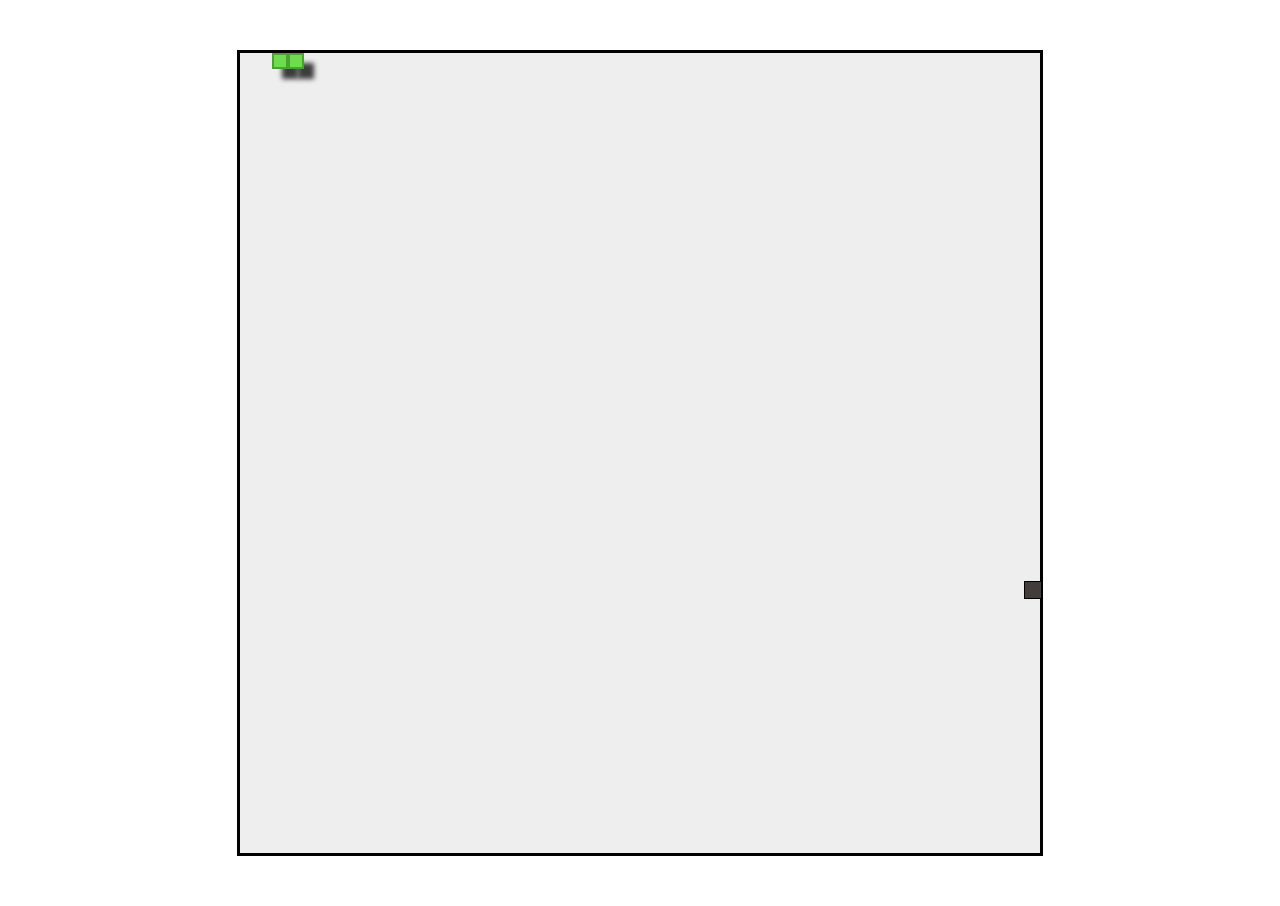
Repository: Krashgul/React_Snake_Game
Page: /
The author's editor kept a copy of each file at every save. The page is drawn from the files as they stood at one save, then again after the next save.
The browser window is 1280 px wide. The pictures show the whole page.
The project was rebuilt for these pictures with package versions that can differ from the ones it lists, and the page was loaded fresh each time.

Above is the page before, as saved 2021-03-02 00:34:24.

After the next save:
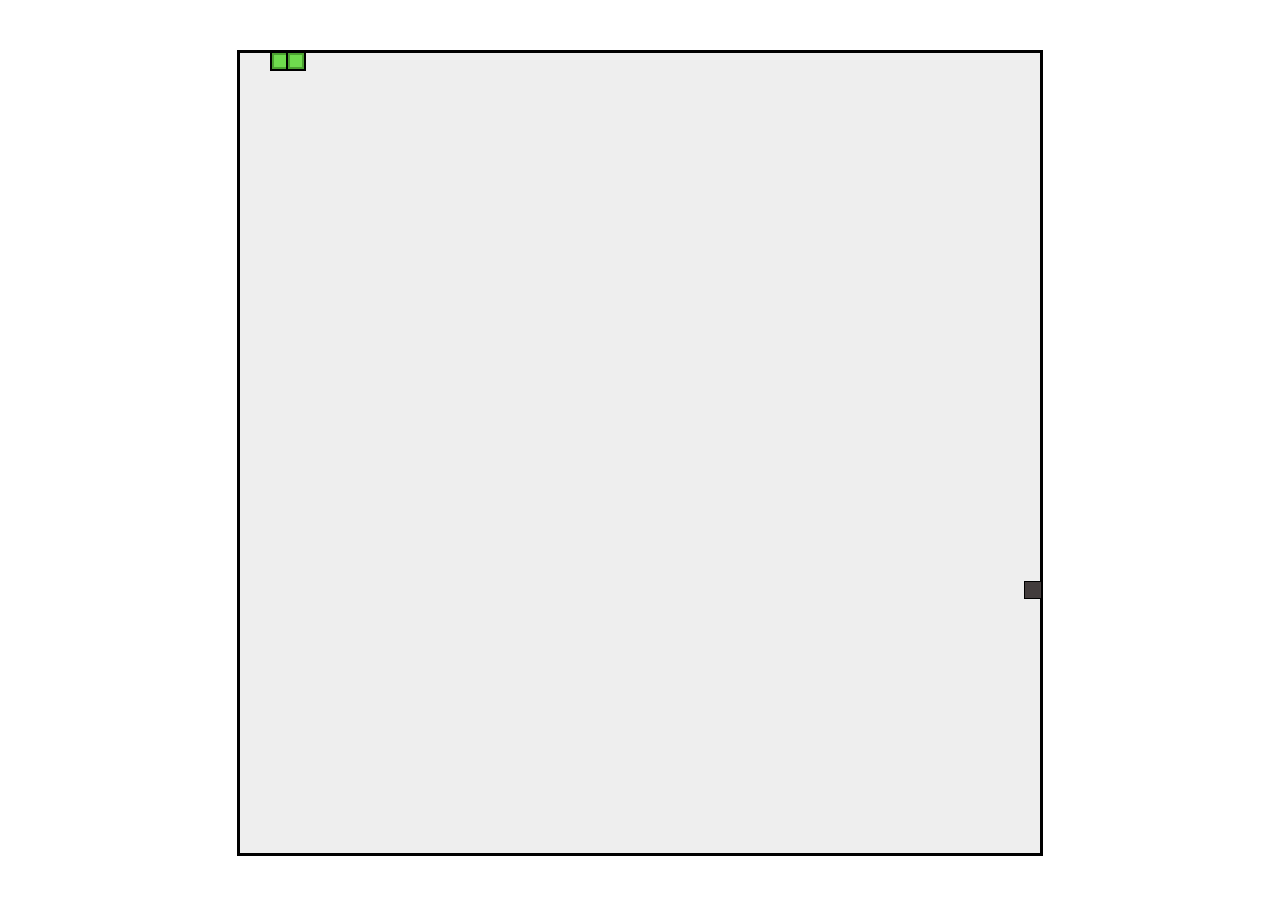
Saved 63 s later.
--- a/src/index.css
+++ b/src/index.css
@@ -13,9 +13,9 @@
   height: 2%;
   background-color: rgb(111, 219, 78);
   border: 2px solid rgb(75, 161, 49);
-  -webkit-box-shadow: 10px 10px 5px 0px rgba(0, 0, 0, 0.75);
-  -moz-box-shadow: 10px 10px 5px 0px rgba(0, 0, 0, 0.75);
-  box-shadow: 10px 10px 5px 0px rgba(0, 0, 0, 0.75);
+  -webkit-box-shadow: 0px 0px 0px 2px rgba(0, 0, 0, 1);
+  -moz-box-shadow: 0px 0px 0px 2px rgba(0, 0, 0, 1);
+  box-shadow: 0px 0px 0px 2px rgba(0, 0, 0, 1);
   z-index: 2;
   box-sizing: border-box;
 }
